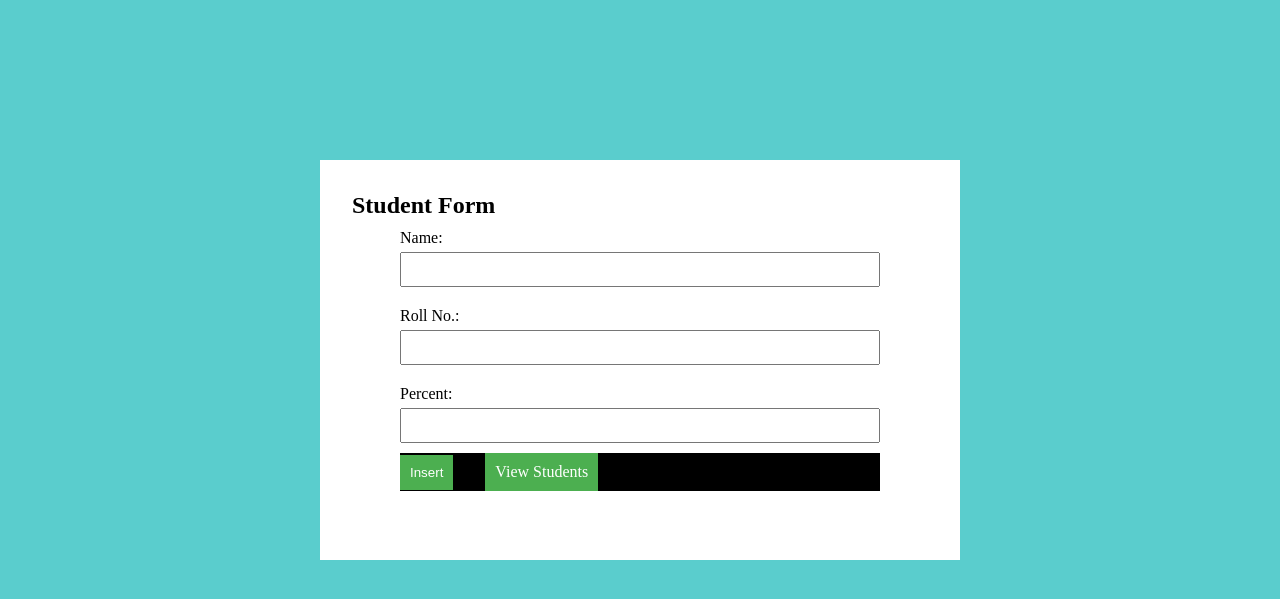
Repository: deeptimahisare1206/Todo_List
Page: http://localhost/Hib_Nest/
An editor plug-in stored every save of this project. The page is shown before and after the next save, followed by the edit.
The browser window is 1280 px wide. The pictures show the whole page.
The page is served by Tomcat 10. Other server files are loaded and not shown.

Above is the page before, as saved 2024-11-17 16:12:08.

### Hib_Nest/src/main/webapp/index.jsp
<%@ page language="java" contentType="text/html; charset=UTF-8"
	pageEncoding="UTF-8"%>
<html>
<head>
<style>
*{
margin:0;
padding:0;
box-sizing: border-box;

}
body {
display:grid;
place-items:center;
	background-color: #5acdcd;
	gap: 2rem;
	height: 100vh;
}

.container{
padding:2rem;
	background-color: white;
	height: 25rem;
	width:50vw;
}

form {
    width: 30rem;
    margin: 0 auto;
}

label {
    display: block;
    margin: 10px 0 5px;
}

input[type="text"],
input[type="number"] {
    width: 100%;
    padding: 8px;
    margin-bottom: 10px;
}

input[type="submit"] ,a{
    background-color: #4CAF50;
    color: white;
    padding: 10px;
    border: none;
    cursor: pointer;
    text-decoration: none;
}

input[type="submit"]:hover {
    background-color: #45a049;
}
.btns{
width: 100%;
background-color: black;
display: flex;
gap:2rem;
place-items:center;
}
</style>
</head>
<body>
<div class="container">
	<h2>Student Form</h2>

	<form action="Register" method="get">
		<label>Name:</label><input type="text" name="name"><label>Roll
			No.: </label> <input type="number" name="roll"> <label>Percent:
		</label><input type="number" name="percent">
		<div class="btns"> <input type="submit"
			value="Insert">
			<a href="Display.jsp">View Students</a></div>
	</form>
	</div>
</body>
</html>

After the next save:
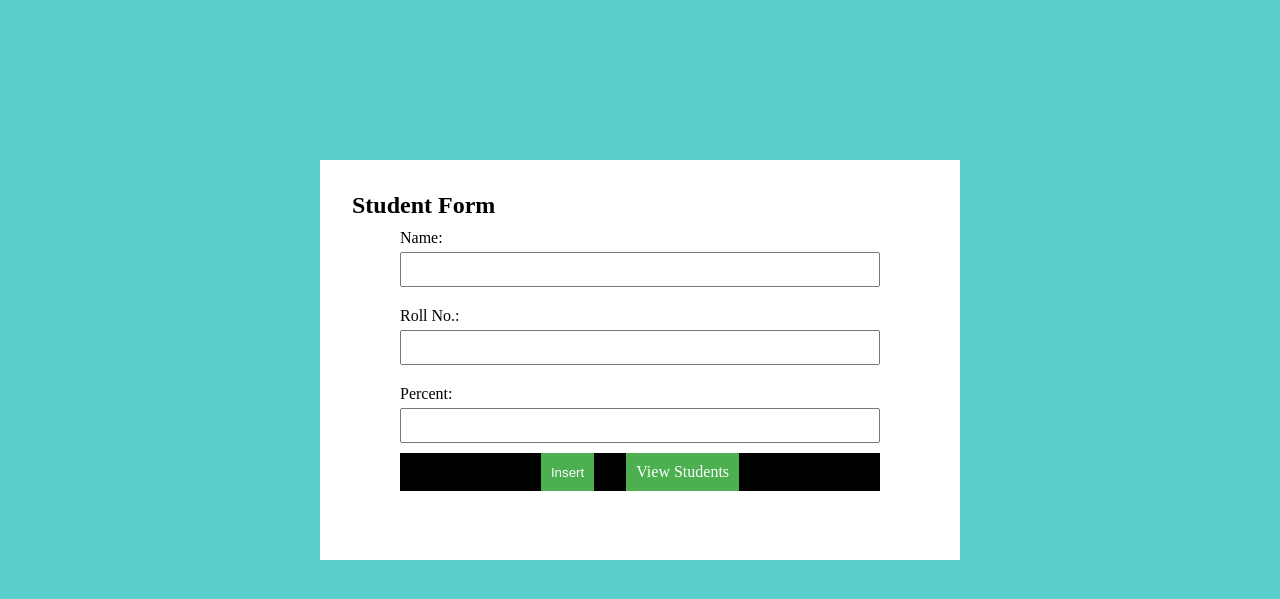
Saved 10 s later.
--- a/Hib_Nest/src/main/webapp/index.jsp
+++ b/Hib_Nest/src/main/webapp/index.jsp
@@ -58,7 +58,7 @@ width: 100%;
 background-color: black;
 display: flex;
 gap:2rem;
-place-items:center;
+justify-content:center;
 }
 </style>
 </head>
